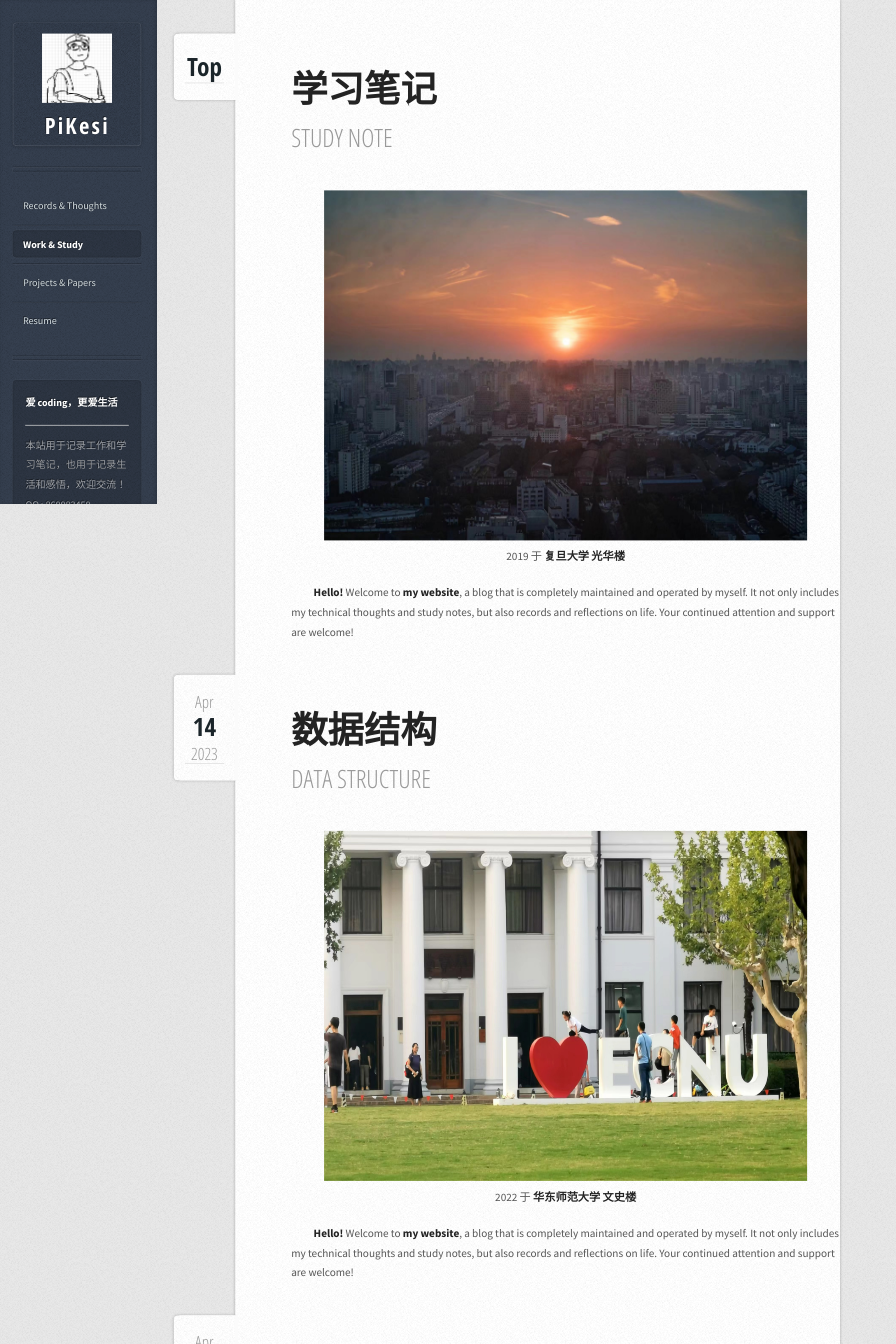
Repository: PiKesi522/PiKesi522.github.io
Page: note.html
These files come from the project's save history. The page is drawn as it stood at one moment and after the next save; the edit follows.
The browser window is 1280 px wide. The pictures show the part of the page from y = 0 to 1920 px (the page is 2875 px tall), at 70% of full size.

Above is the page before, as saved 2023-04-11 11:46:13.

### note.html
<!DOCTYPE HTML>
<!--
	Striped by HTML5 UP
	html5up.net | @ajlkn
	Free for personal and commercial use under the CCA 3.0 license (html5up.net/license)
-->
<html>

<head>
	<title>Striped by HTML5 UP</title>
	<meta charset="utf-8" />
	<meta name="viewport" content="width=device-width, initial-scale=1, user-scalable=no" />
	<link rel="stylesheet" href="assets/css/main.css" />
</head>

<body class="is-preload">

	<!-- Content -->
	<div id="content">
		<div class="inner">

			<!-- 我的第一个博客 -->
			<article class="box post post-excerpt">
				<header>
					<!--
						Note: Titles and subtitles will wrap automatically when necessary, so don't worry
						if they get too long. You can also remove the <p> entirely if you don't
						need a subtitle.
								-->
					<h2><a href="markdown/FirstBlog/main.md">学习笔记</a></h2>
					<p>STUDY NOTE</p>
				</header>
				<div class="info">
					<!--
									Note: The date should be formatted exactly as it's shown below. In particular, the
									"least significant" characters of the month should be encapsulated in a <span>
									element to denote what gets dropped in 1200px mode (eg. the "uary" in "January").
									Oh, and if you don't need a date for a particular page or post you can simply delete
									the entire "date" element.

								-->
					<span class="date">
						<span class="day">Top</span>
					</span>

				</div>
				<a href="markdown/FirstBlog/main.md" class="image featured">
					<img width="1000px" height="500px" src="markdown/FirstBlog/head.jpg" alt="" />
				</a>
				<div style="text-align: center; margin: 0 0 1.5em 0;">2019 于 <strong>复旦大学 光华楼</strong></div>
				<div style=" text-indent:2em">
					<strong>Hello!</strong> Welcome to <strong> my website</strong>,
					a blog that is completely maintained and operated by myself.
					It not only includes my technical thoughts and study notes,
					but also records and reflections on life.
					Your continued attention and support are welcome!
				</div>
			</article>

			<!-- 数据结构 -->
			<article class="box post post-excerpt">
				<header>
					<h2><a href="markdown/DataStucture/main.md">数据结构</a></h2>
					<p>DATA STRUCTURE</p>
				</header>
				<div class="info">
					<span class="date">
						<span class="month">Apr</span>
						<span class="day">14</span>
						<span class="year">2023</span>
					</span>

				</div>
				<a href="markdown/DataStucture/main.md" class="image featured">
					<img width="1000px" height="500px" src="markdown/DataStucture/head.jpg" alt="" />
				</a>
				<div style="text-align: center; margin: 0 0 1.5em 0;">2022 于 <strong>华东师范大学 文史楼</strong></div>
				<div style=" text-indent:2em">
					<strong>Hello!</strong> Welcome to <strong> my website</strong>,
					a blog that is completely maintained and operated by myself.
					It not only includes my technical thoughts and study notes,
					but also records and reflections on life.
					Your continued attention and support are welcome!
				</div>
			</article>

			<!-- 操作系统 -->
			<article class="box post post-excerpt">
				<header>
					<h2><a href="markdown/OperatingSystem/main.md">操作系统</a></h2>
					<p>Operating System</p>
				</header>
				<div class="info">
					<span class="date">
						<span class="month">Apr</span>
						<span class="day">14</span>
						<span class="year">2023</span>
					</span>
				</div>
				<a href="markdown/OperatingSystem/main.md" class="image featured">
					<img width="1000px" height="500px" src="markdown/OperatingSystem/head.jpg" alt="" />
				</a>
				<div style="text-align: center; margin: 0 0 1.5em 0;">2019 于 <strong>上海交通大学 思源湖</strong></div>
				<div style=" text-indent:2em">
					<strong>Hello!</strong> Welcome to <strong> my website</strong>,
					a blog that is completely maintained and operated by myself.
					It not only includes my technical thoughts and study notes,
					but also records and reflections on life.
					Your continued attention and support are welcome!
				</div>
			</article>

		</div>
	</div>

	<!-- Sidebar -->
	<div id="sidebar">

		<!-- Logo -->
		<h1 id="logo">
			<a href="#">
				<img style="width: 100px;" src="assets/images/icon1.jpg" alt="Avator">
				<div style="margin: 0.5em 0 0 0;">
					PiKesi
				</div>
			</a>
		</h1>


		<!-- Nav -->
		<nav id="nav">
			<ul>
				<li><a href="life.html">Records & Thoughts</a></li>
				<li class="current"><a href="note.html">Work & Study</a></li>
				<li><a href="projects.html">Projects & Papers</a></li>
				<li><a href="resume.html">Resume</a></li>
				<!-- <li><a href="#">Contact Me</a></li> -->
			</ul>
		</nav>

		<!-- Text -->
		<section class="box text-style1">
			<div class="inner">
				<p>
					<strong> 爱 coding，更爱生活</strong>
					<hr>
					本站用于记录工作和学习笔记，也用于记录生活和感悟，欢迎交流！
					<br />
					QQ : 860083450
					<br />
					WX : PiKesi22
				</p>
			</div>
		</section>
	</div>

	<!-- Scripts -->
	<script src="assets/js/jquery.min.js"></script>
	<script src="assets/js/browser.min.js"></script>
	<script src="assets/js/breakpoints.min.js"></script>
	<script src="assets/js/util.js"></script>
	<script src="assets/js/main.js"></script>

</body>

</html>

Loaded but not shown: assets/js/jquery.min.js (library); assets/js/browser.min.js (common file); assets/js/breakpoints.min.js (common file); assets/css/fontawesome-all.min.css (library); assets/js/util.js (587 lines, source omitted); assets/css/main.css (3019 lines, source omitted); public/assets/js/main.js (no copy from this time; the picture is the same without it)

After the next save:
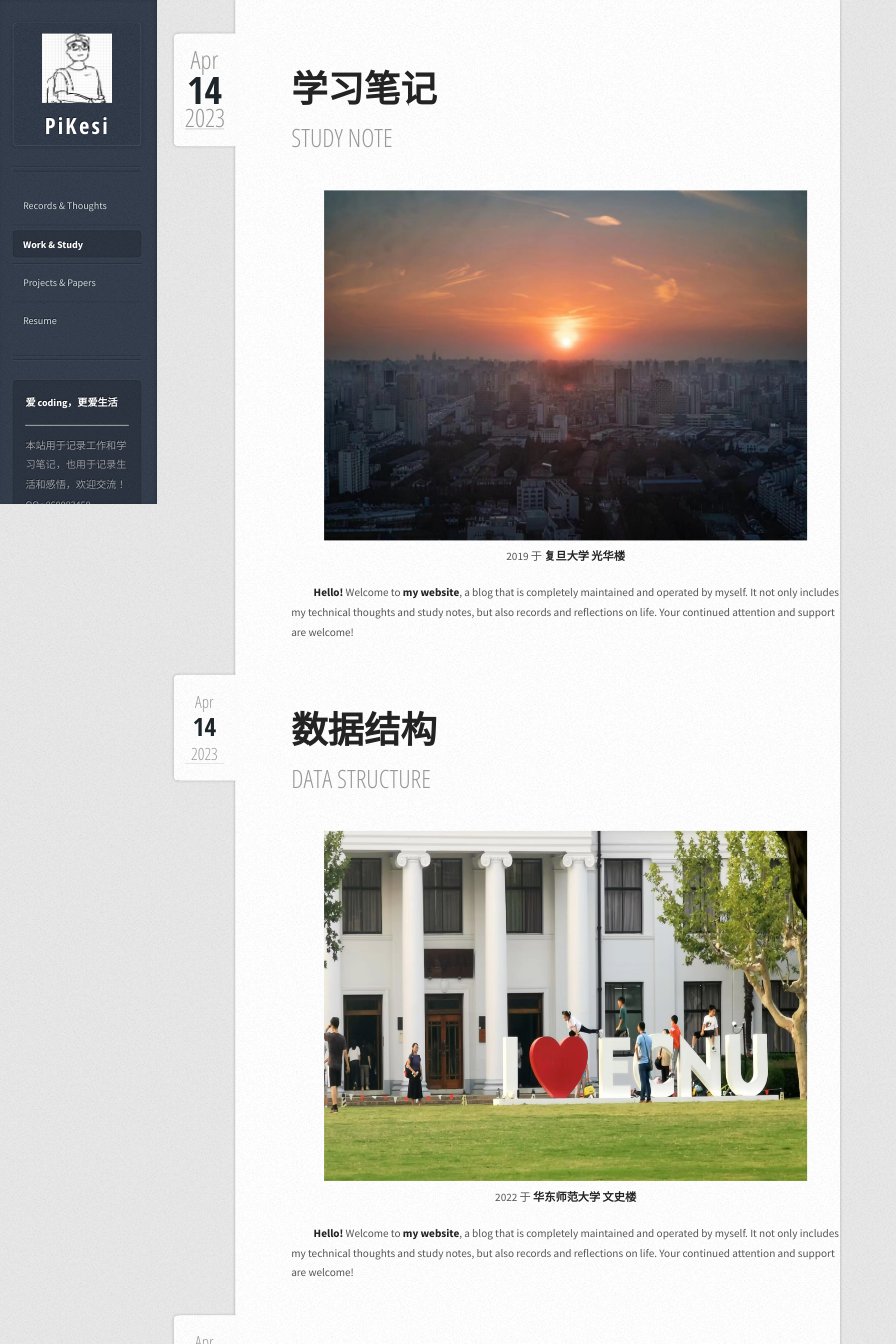
Saved 4 s later.
--- a/note.html
+++ b/note.html
@@ -40,7 +40,11 @@
 
 								-->
 					<span class="date">
-						<span class="day">Top</span>
+						<span class="date">
+							<span class="month">Apr</span>
+							<span class="day">14</span>
+							<span class="year">2023</span>
+						</span>
 					</span>
 
 				</div>
